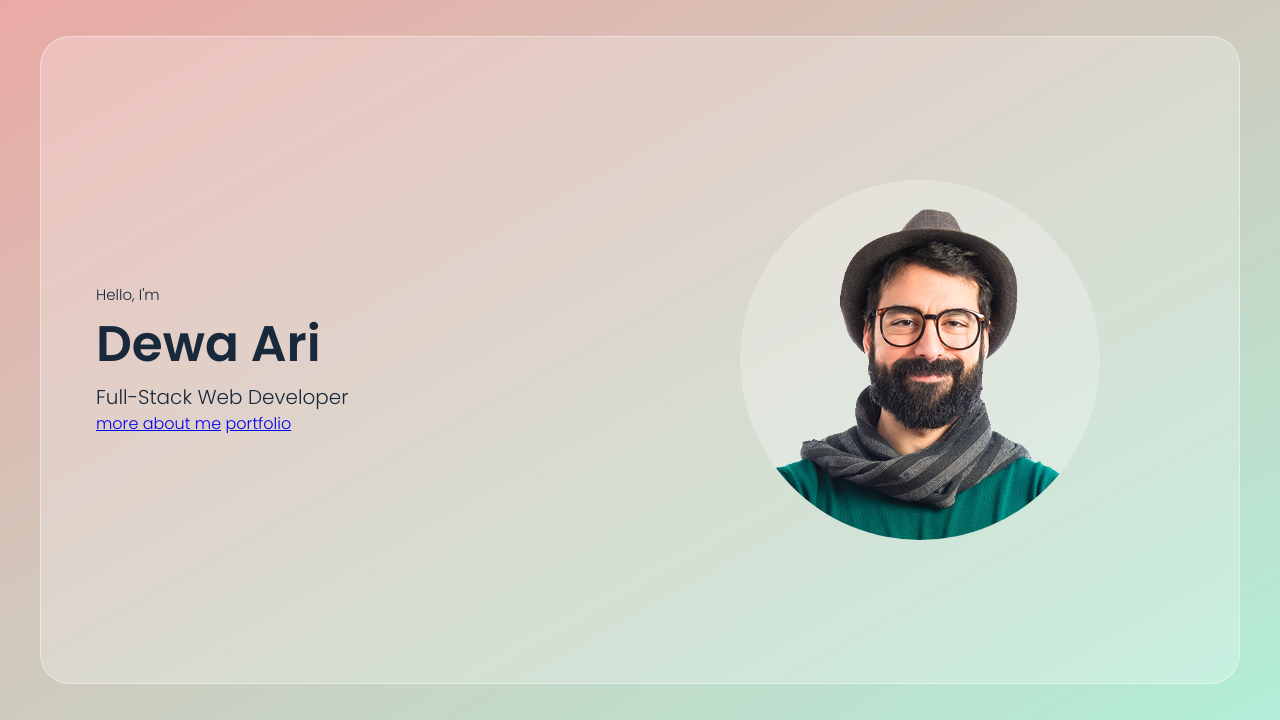
Repository: dewaary/Glassmorp-me
Page: index.html
An editor plug-in stored every save of this project. The page is shown before and after the next save, followed by the edit.
The browser window is 1280 px wide. The pictures show the whole page.

Above is the page before, as saved 2021-05-12 22:26:52.

After the next save:
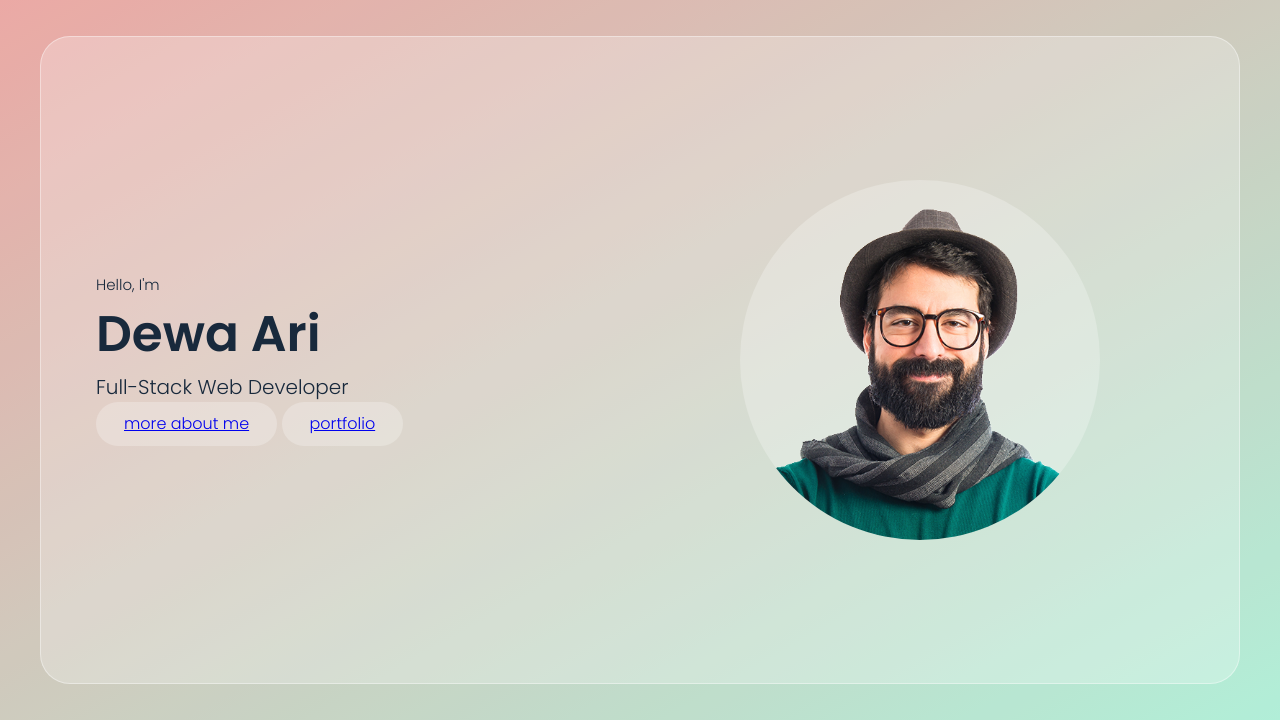
Saved 91 s later.
--- a/style.css
+++ b/style.css
@@ -102,7 +102,13 @@ section {
 /*
 Buttons */
 
-
+.btn{
+    line-height: 1.5;
+    background-color: var(--white-alpha-25);
+    padding: 10px 28px;
+    display: inline-block;
+    border-radius: 30px;
+}
 
 
 /*
